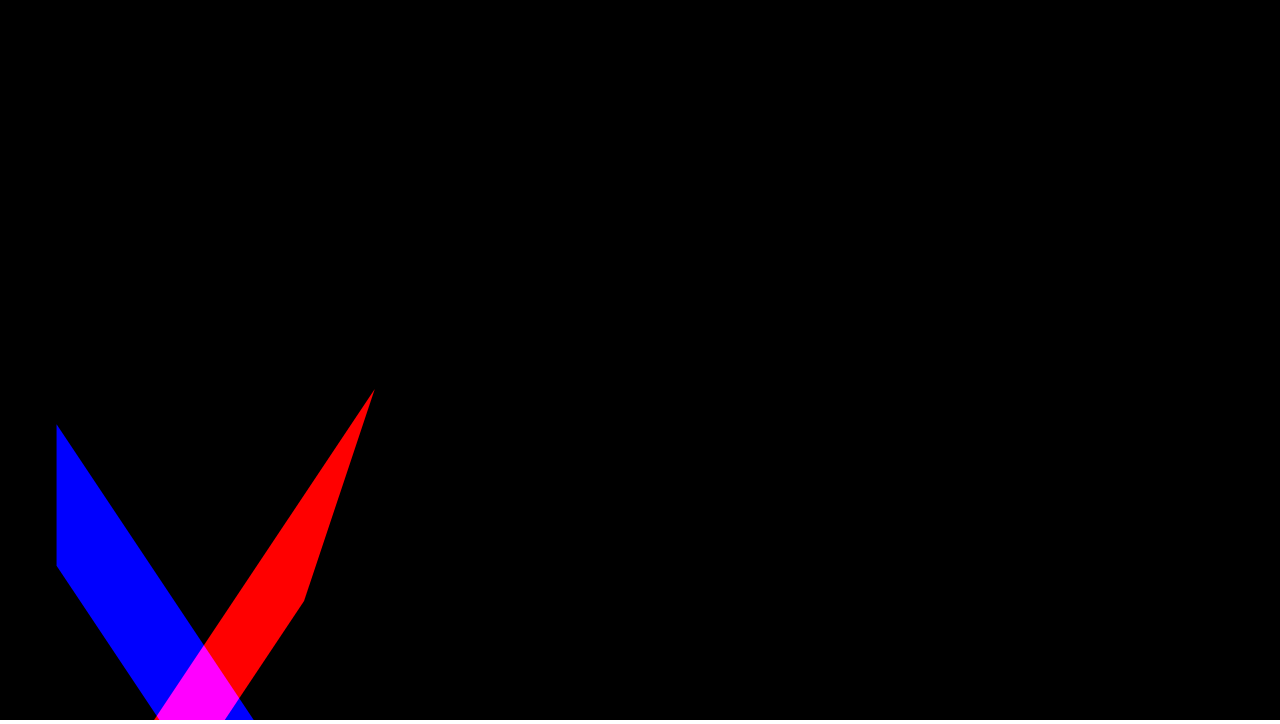
Repository: tourn171/canvasBlogAssets
Page: Chapter1/Chapter1 Ex/EX4/ex4.html
The author's editor kept a record of every edit. The page is drawn from the files as they stood at one moment, then again after the next edit.
The browser window is 1280 px wide. The pictures show the whole page.

Above is the page before.

### Chapter1/Chapter1 Ex/EX4/ex4.html
<!DOCTYPE html>
<html>
    <head>
        <link rel="stylesheet" href="../ex.css" type="text/css" />
    </head>
    <body>
        <canvas id="canvas">No Canvas Support. Get a modern browser try this one: <a href="https://www.mozilla.org/en-US/firefox/new/">Mozilla Firefox</a></canvas>
        <script type="text/javascript" src="ex4.js"></script>
    </body>
</html>

### Chapter1/Chapter1 Ex/EX4/ex4.js
var canvas = document.getElementById('canvas').getContext('2d');

var W = window.innerWidth,
    H = window.innerHeight;


canvas.canvas.width = W;
canvas.canvas.height = H;

canvas.fillStyle = "black";
canvas.fillRect(0,0,W,H);

canvas.fillStyle = "red";
canvas.save();
canvas.rotate(45 * Math.PI / 180);

canvas.save();

canvas.transform(1,2,1,5,W/2,H/2);

canvas.fillRect(-50,-50,100,100);
canvas.restore();
canvas.save();
canvas.globalCompositeOperation = "lighter";
canvas.transform(1,1, 5,1,W/2,H/2);
canvas.fillStyle = "blue";
canvas.fillRect(-50, -50, 100,100);

Loaded but not shown: Chapter1/Chapter1 Ex/ex.css (common file)

After the next edit:
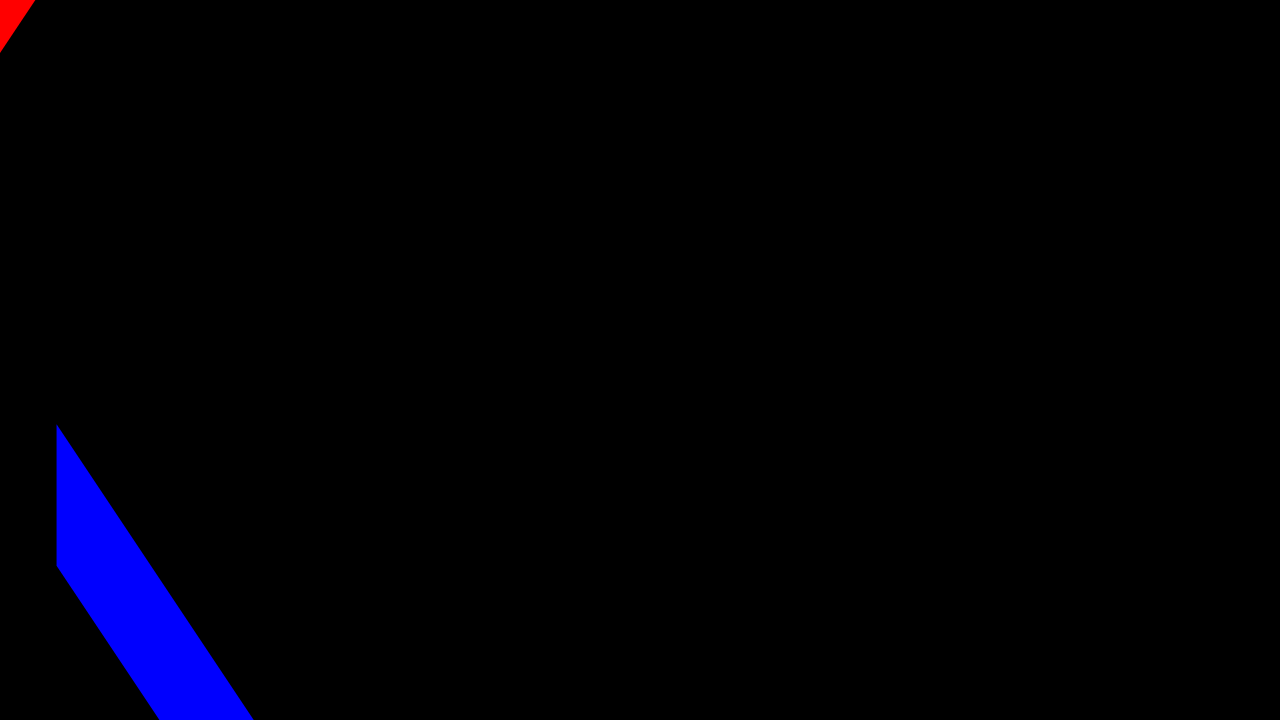
The edit:
--- a/Chapter1/Chapter1 Ex/EX4/ex4.js
+++ b/Chapter1/Chapter1 Ex/EX4/ex4.js
@@ -16,7 +16,7 @@
 
 canvas.save();
 
-canvas.transform(1,2,1,5,W/2,H/2);
+canvas.transform(1,2,1,5,0,0);
 
 canvas.fillRect(-50,-50,100,100);
 canvas.restore();
